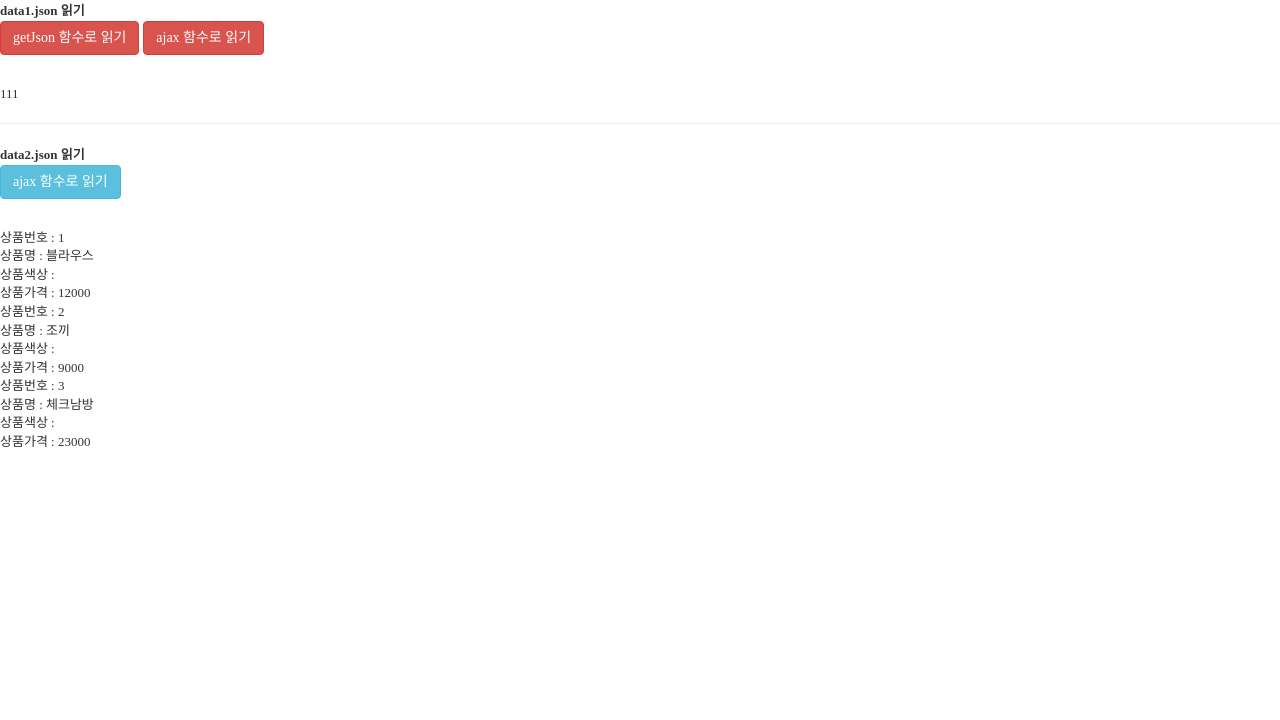
Repository: Juheekim1207/Javawork
Page: WebProjectEx1/src/main/webapp/day0419/Ex1ReadJson.html
These files come from the project's save history. The page is drawn as it stood at one moment and after the next save; the edit follows.
The browser window is 1280 px wide. The pictures show the whole page.
After loading, the first visible `#btn3` was clicked once.
Some web fonts or font styles are not loaded; a fallback is used.

Above is the page before, as saved 2022-04-19 05:14:17.

After the next save:
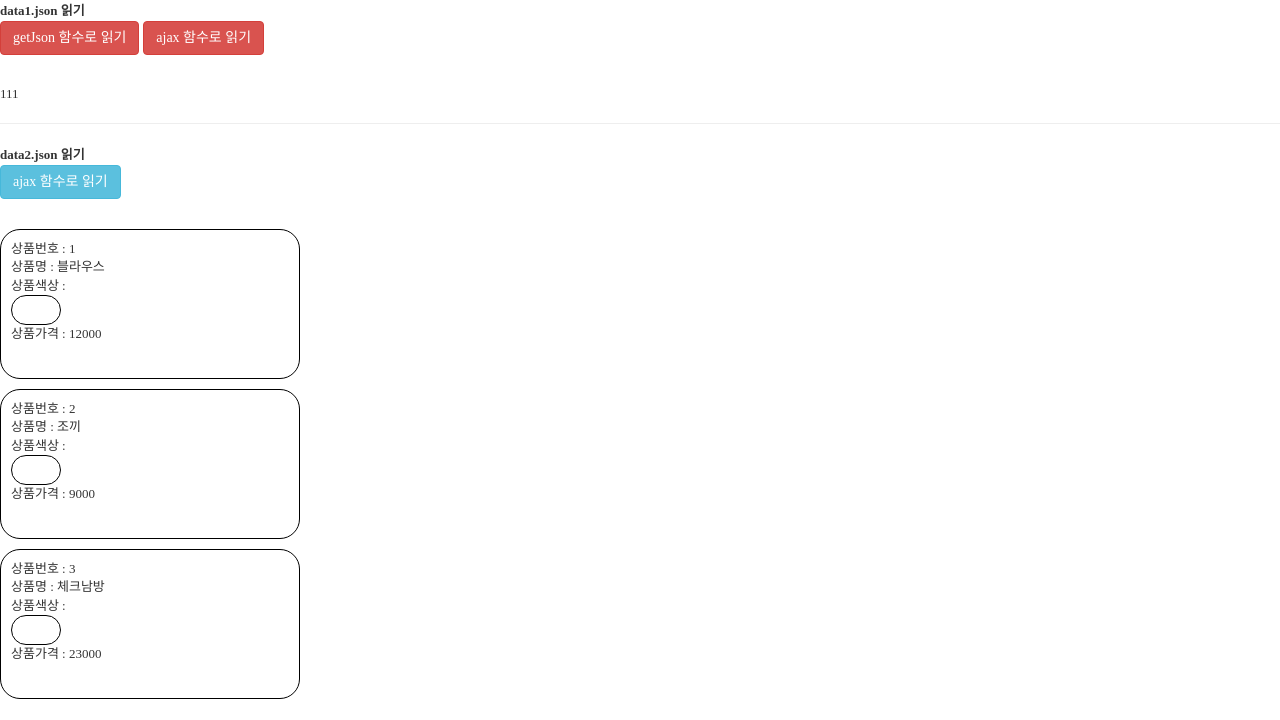
Saved 3 min 39 s later.
--- a/WebProjectEx1/src/main/webapp/day0419/Ex1ReadJson.html
+++ b/WebProjectEx1/src/main/webapp/day0419/Ex1ReadJson.html
@@ -12,6 +12,23 @@
 	font-size: 1.3rem;
 	font-family: 'Jua';
 	}
+
+	div.shop{
+		width: 300px;
+		height: 150px;
+		border: 1px solid black;
+		margin-bottom: 10px;
+		padding: 10px 10px;
+		border-radius: 20px;
+	}
+
+	div.shop div{
+		width: 50px;
+		height: 30px;
+		border: 1px solid black;
+		border-radius: 100px;
+	}
+
 </style>
 <script type="text/javascript">
 	$(function() {
